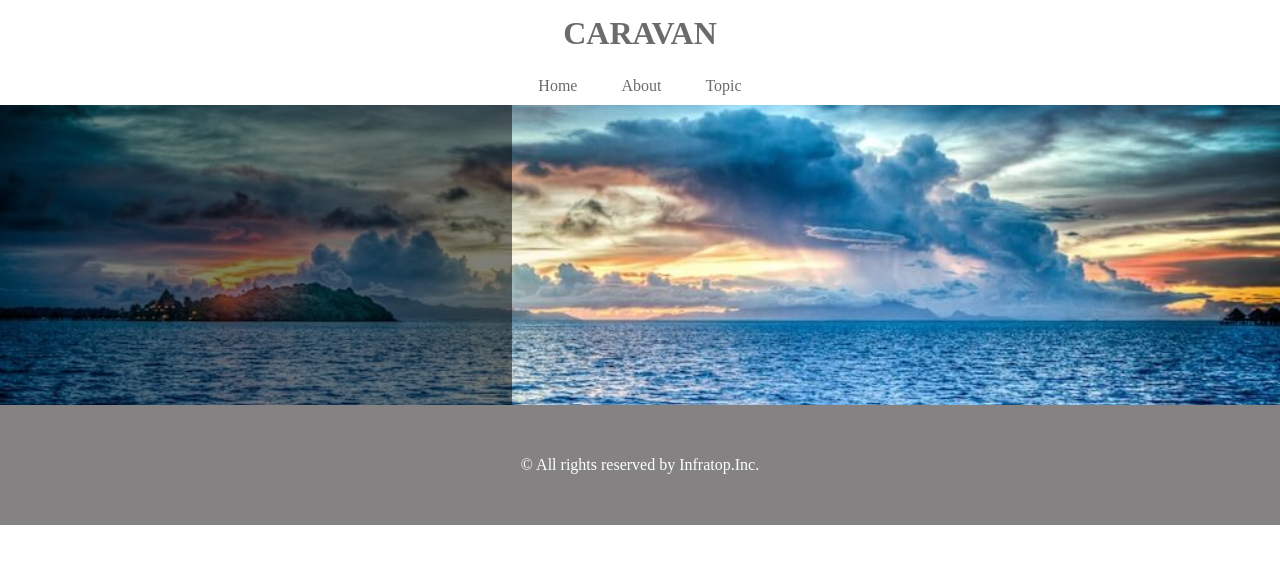
Repository: alamsamiha/html_css
Page: caravan/index.html
The author's editor kept a record of every edit. The page is drawn from the files as they stood at one moment, then again after the next edit.
The browser window is 1280 px wide. The pictures show the whole page.

Above is the page before.

After the next edit:
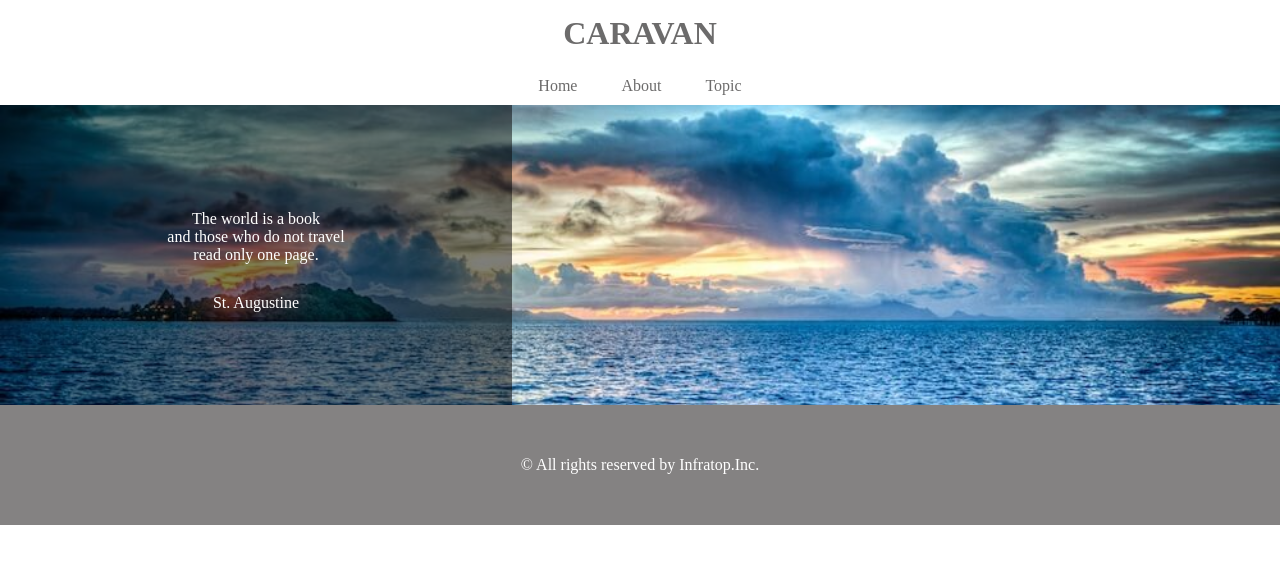
The edit:
--- a/caravan/index.html
+++ b/caravan/index.html
@@ -31,7 +31,17 @@
 
     <!-- main-visual用のdiv -->
     <div class="main-visual">
-      <div class="main-visual-content"></div>
+      <div class="main-visual-content">
+        <!-- pタグ（と文字）を追加 -->
+        <p class="main-visual-text">
+          The world is a book<br />
+          and those who do not travel<br />
+          read only one page.
+        </p>
+        <p class="main-visual-name">
+          St. Augustine
+        </p>
+      </div>
     </div>
 
     <!-- main用のdiv -->
